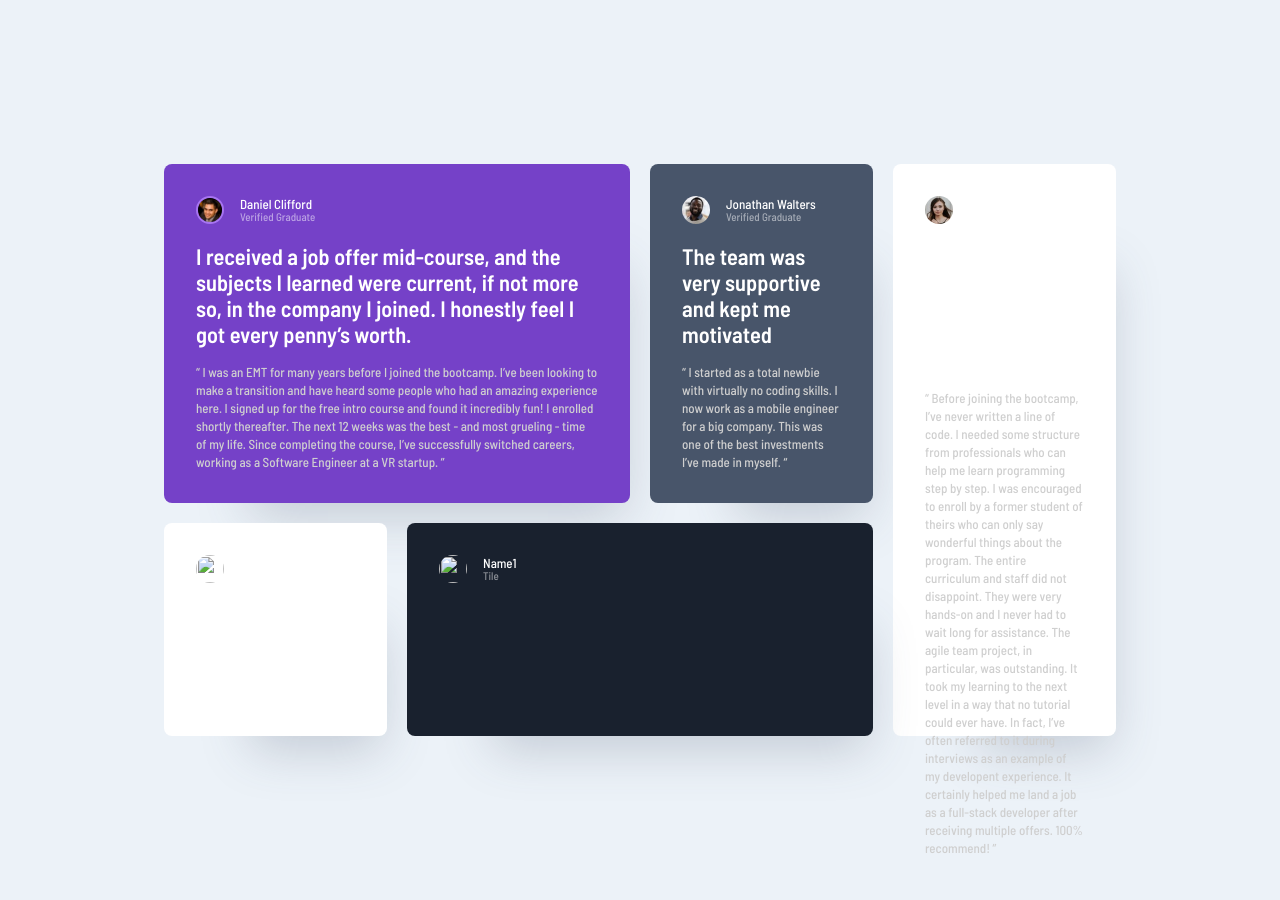
Repository: brandontaylor1/testimonial-card
Page: index.html
The author's editor kept a copy of each file at every save. The page is drawn from the files as they stood at one save, then again after the next save.
The browser window is 1280 px wide. The pictures show the whole page.

Above is the page before, as saved 2025-01-11 00:19:37.

After the next save:
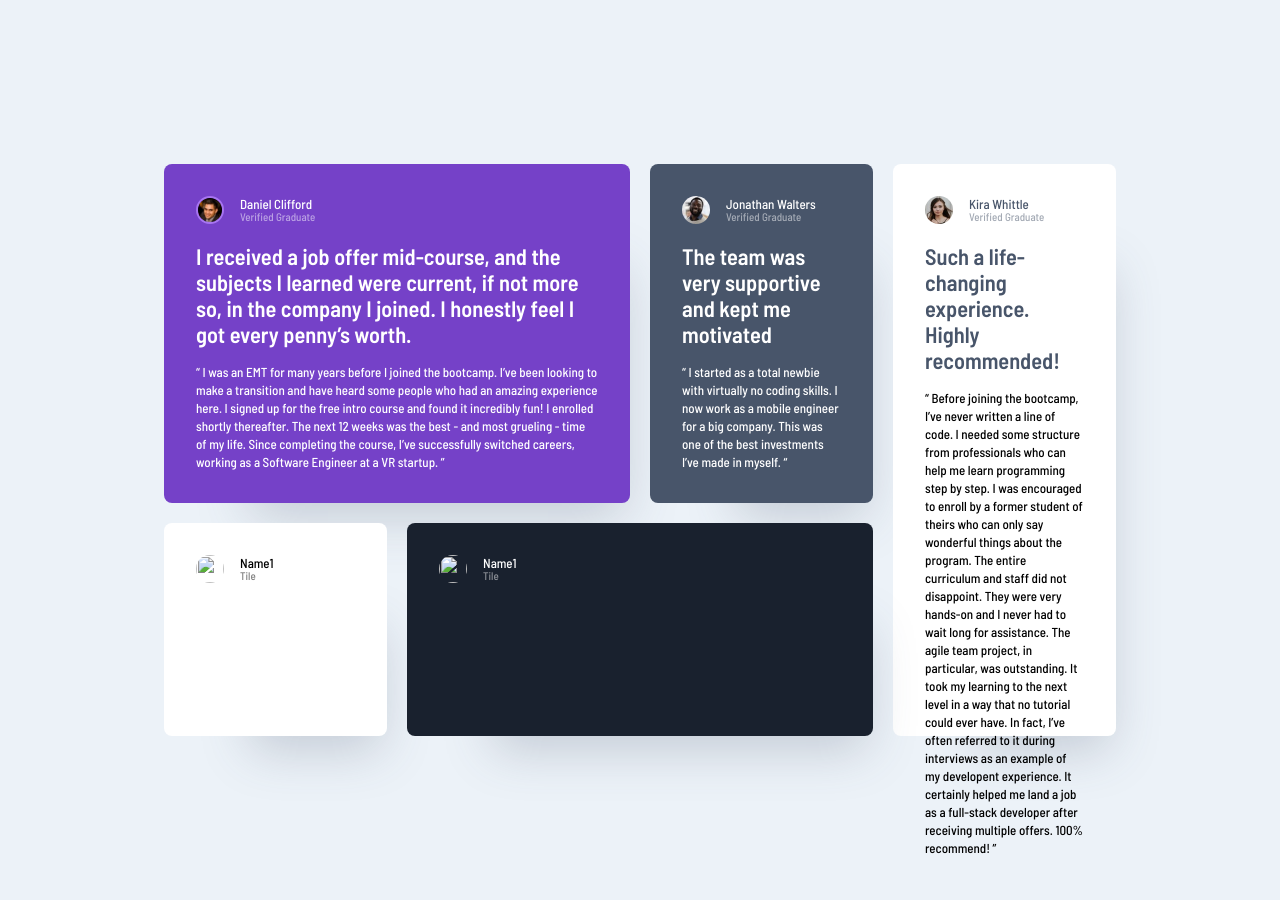
Saved 31 s later.
--- a/styles.css
+++ b/styles.css
@@ -57,7 +57,6 @@
 }
 
 .profile-text h3 {
-    color: #FFF;
     font-size: 13px;
     font-style: normal;
     font-weight: 500;
@@ -65,7 +64,6 @@
 }
 
 .profile-text p {
-    color: #FFF;
     font-size: 11px;
     font-style: normal;
     font-weight: 500;
@@ -80,7 +78,6 @@
 }
 
 .card-heading {
-    color: #FFF;
     font-size: 1.4rem;
     font-style: normal;
     font-weight: 600;
@@ -89,7 +86,6 @@
 }
 
 .card-subheading {
-    color: #CFCFCF;
     font-size: 13px;
     font-style: normal;
     font-weight: 500;
